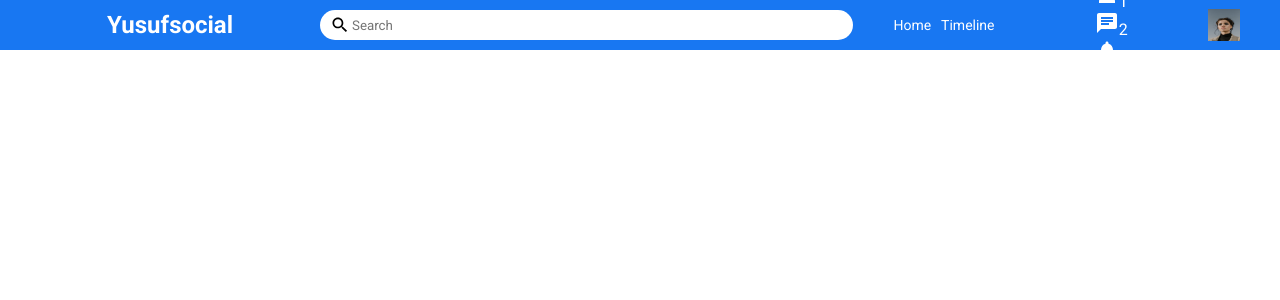
Repository: sevilgenysf/socialmediaapp
Page: /
These files come from the project's save history. The page is drawn as it stood at one moment and after the next save; the edit follows.
The browser window is 1280 px wide. The pictures show the whole page.
The project was rebuilt for these pictures with package versions that can differ from the ones it lists, and the page was loaded fresh each time.

Above is the page before, as saved 2022-02-16 13:27:27.

After the next save:
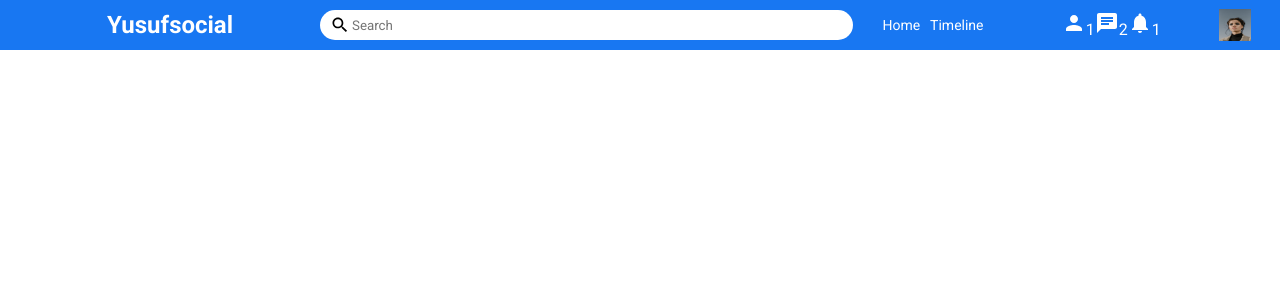
Saved 43 s later.
--- a/src/components/topbar/topbar.css
+++ b/src/components/topbar/topbar.css
@@ -62,6 +62,10 @@
 	cursor: pointer;
 }
 
+.topbarIcons {
+	display: flex;
+}
+
 .topbarImg {
 	width: 32px;
 	height: 32px;
